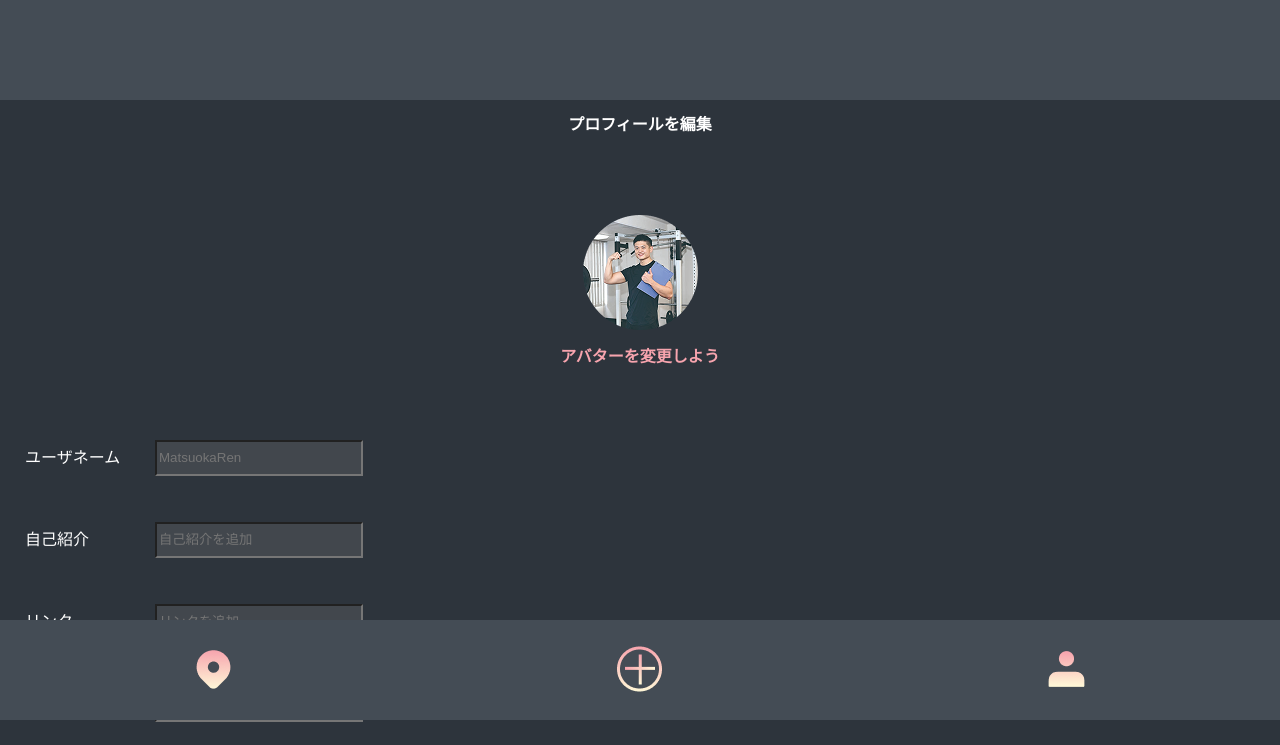
Repository: ren0714poo/respos
Page: edit.html
An editor plug-in stored every save of this project. The page is shown before and after the next save, followed by the edit.
The browser window is 1280 px wide. The pictures show the whole page.

Above is the page before, as saved 2025-07-17 14:34:28.

After the next save:
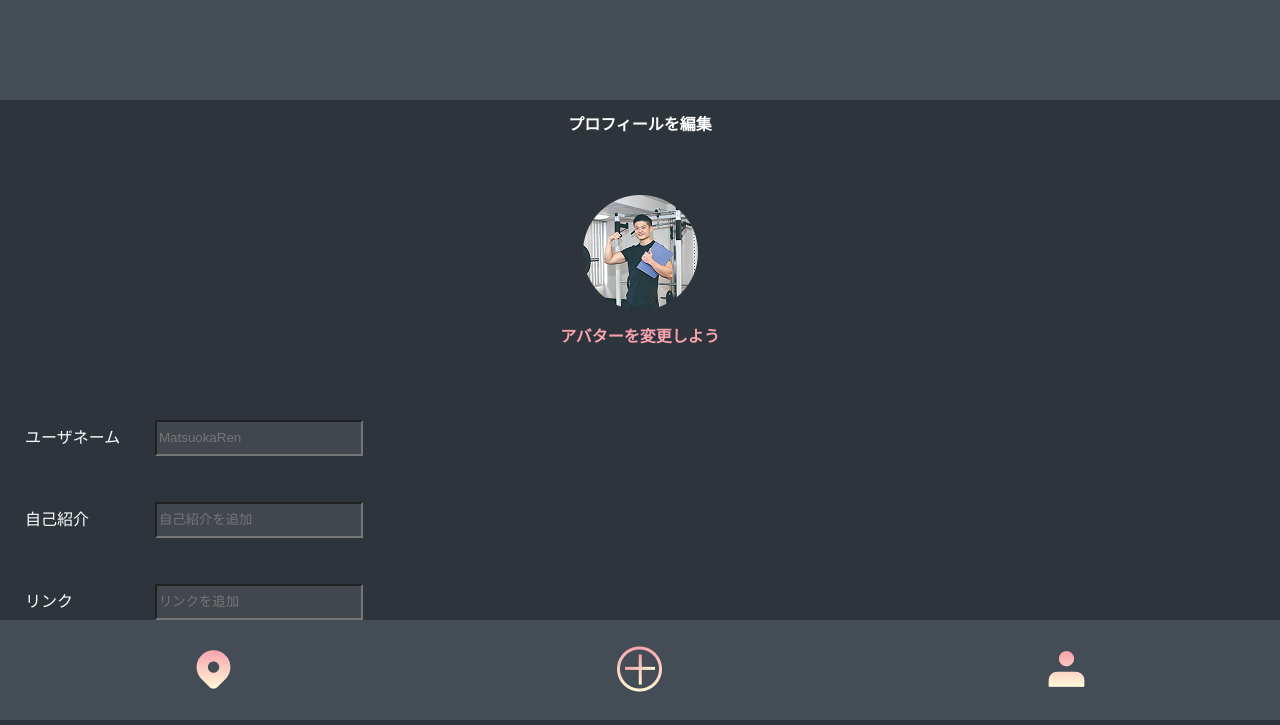
Saved 7 s later.
--- a/css/edit.css
+++ b/css/edit.css
@@ -73,7 +73,7 @@ input{
   display: flex;
   flex-direction: column;
   align-items: center;
-  margin-top: 80px;
+  margin-top: 60px;
 }
 
 
